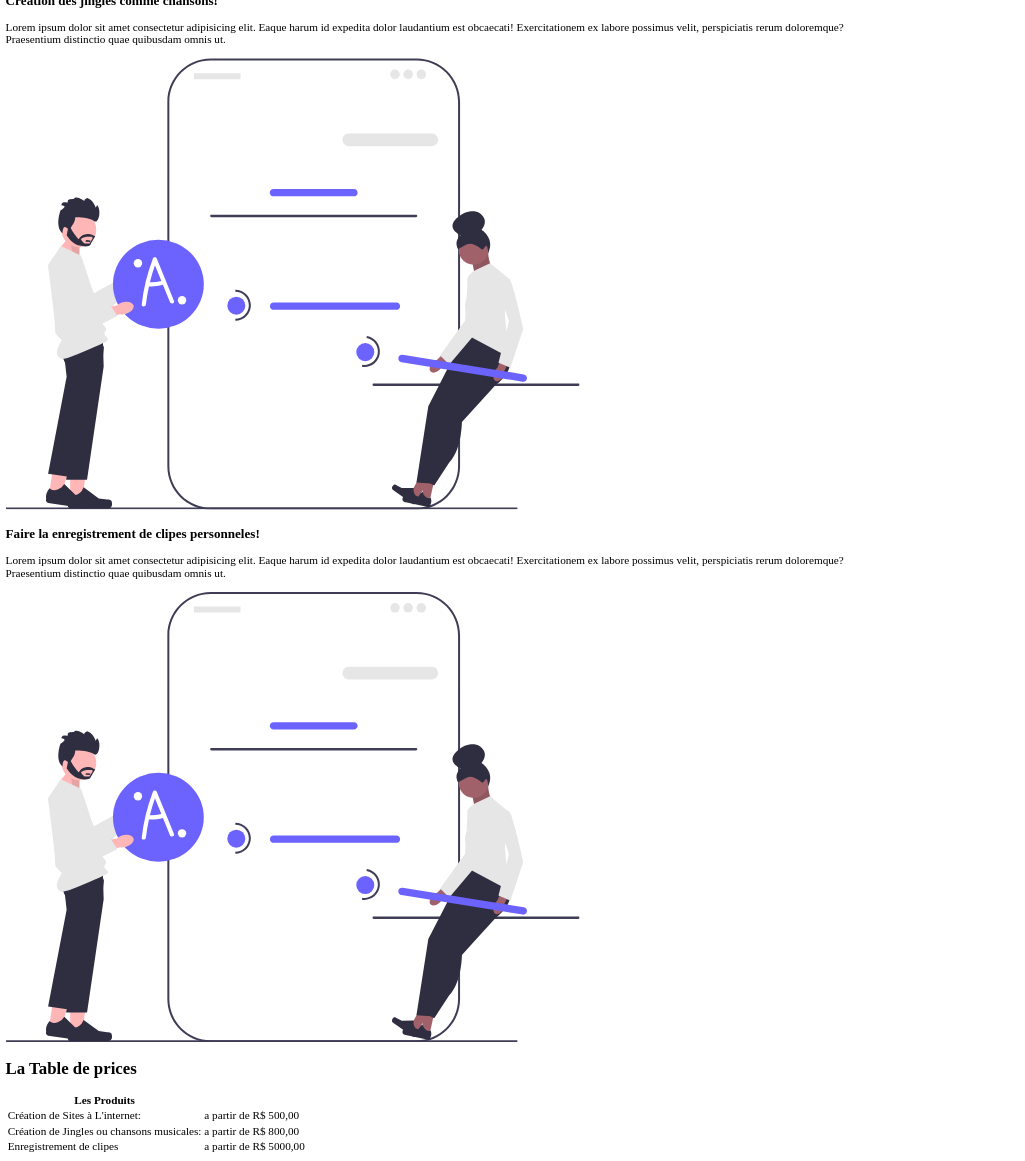
Repository: MarcioFreitasUFSC21/Proejct00
Page: ExampleSite/Assets/index2.html
These files come from the project's save history. The page is drawn as it stood at one moment and after a run of saves; the edit follows.
The browser window is 1280 px wide. The page is 1464 px wide, so the pictures cover 1464 px, including what lies to the right of the window. The pictures show the part of the page from y = 1920 to 3600 px (the page is 3578 px tall before and 3600 px after), at 70% of full size.

Above is the page before, as saved 2023-03-18 18:00:56.

### ExampleSite/Assets/index2.html
<!DOCTYPE html>
<html lang="pt-br">
<head>
    <meta charset="UTF-8">
    <meta http-equiv="X-UA-Compatible" content="IE=edge">
    <meta name="viewport" content="width=device-width, initial-scale=1.0">
    <title>The first page</title>
</head>
<body>
    <section>
        <div>
            <h1><a href="#">LOGO </a></h1>
            <nav>
                <ul>
                    <li><a href="#">Home</a></li>
                    <li><a href="#"> Introdução</a></li>
                    <li><a href="#"> Serviços</a></li>
                    <li><a href="#"> Tabela de preços</a></li>
                    <li><a href="#"> Contatos</a></li>
                </ul>
            </nav>
        </div>
    </section>
    <section>
        <div>
            <h2> Dans la crise, create!</h2>
            <p>Lorem ipsum dolor sit amet, consectetur adipisicing elit, sed do eiusmod tempor incididunt ut labore et dolore magna aliqua. Ut enim ad minim veniam, quis nostrud exercitation ullamco laboris nisi ut aliquip ex ea commodo consequat. Duis aute irure dolor in reprehenderit in voluptate velit esse cillum dolore eu fugiat nulla pariatur. Excepteur sint occaecat cupidatat non proident, sunt in culpa qui officia deserunt mollit anim id est laborum.</p>
        </div>
        <div>
            <img src="Assets/img2/lesson.jpg">
        </div>
    </section>
    <section>
        <div>
            <h2>Les Services</h2>
            <p> Nos Services sont: </p>
        </div>
        <div>
            <article>
                <h3>Création des sites à L'internet!</h3>
                <p> Lorem ipsum dolor sit amet consectetur adipisicing elit. Eaque harum id expedita dolor laudantium est obcaecati! Exercitationem ex labore possimus velit, perspiciatis rerum doloremque? Praesentium distinctio quae quibusdam omnis ut.</p>
                <div>
                    <img src="Assets/img2/site.svg">
                </div>
            </article>
            <article>
                <h3>Création des jingles comme chansons!</h3>
                <p> Lorem ipsum dolor sit amet consectetur adipisicing elit. Eaque harum id expedita dolor laudantium est obcaecati! Exercitationem ex labore possimus velit, perspiciatis rerum doloremque? Praesentium distinctio quae quibusdam omnis ut.</p>
                <div>
                    <img src="Assets/img2/jingle.svg">
                </div>
            </article>
            <article>
                <h3>Faire la enregistrement de clipes personneles!</h3>
                <p> Lorem ipsum dolor sit amet consectetur adipisicing elit. Eaque harum id expedita dolor laudantium est obcaecati! Exercitationem ex labore possimus velit, perspiciatis rerum doloremque? Praesentium distinctio quae quibusdam omnis ut.</p>
                <div>
                    <img src="Assets/img2/jingle.svg">
                </div>
            </article>
        </div>
    </section>
    <section>
        <div>
            <h2> La Table de prices</h2>
            <table>
                <thead>
                    <th> Les Produits</th>
                </thead>
                <tbody>
                    <tr>
                        <td> Création de Sites à L'internet: </td>
                        <td> a partir de R$ 500,00 </td>
                    </tr>
                    <tr>
                        <td> Création de Jingles ou chansons musicales:  </td>
                        <td> a partir de R$ 800,00 </td>
                    </tr>
                    <tr>
                        <td> Enregistrement de clipes </td>
                        <td> a partir de R$ 5000,00 </td>
                    </tr>
                </tbody>
            </table>
        </div>
    </section>
</body>
</html>

After the next 2 saves:
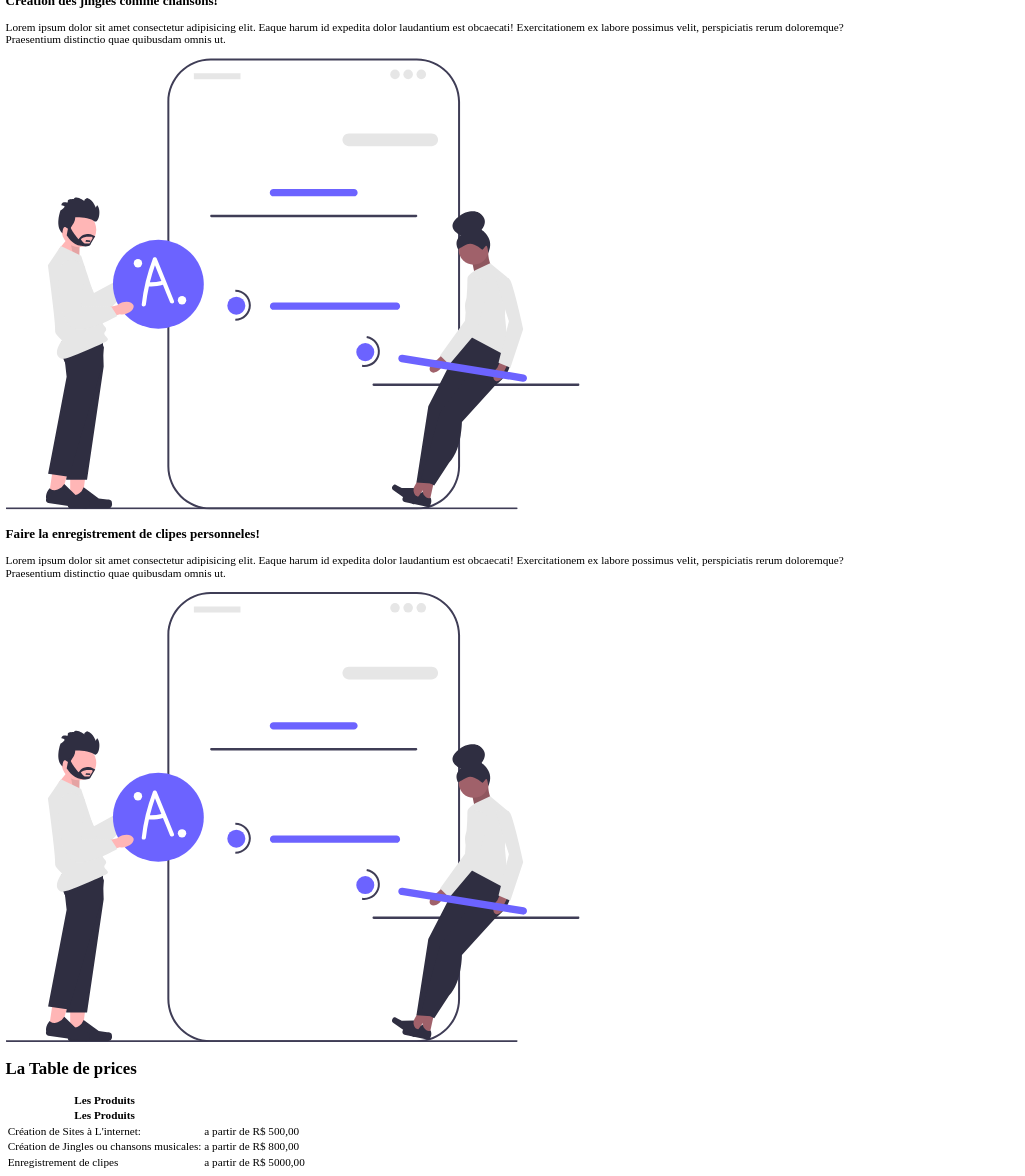
The 2 saves are shown as one change because they came seconds apart.
The last was saved 5 s later.
--- a/ExampleSite/Assets/index2.html
+++ b/ExampleSite/Assets/index2.html
@@ -66,6 +66,9 @@
                 <thead>
                     <th> Les Produits</th>
                 </thead>
+                <thead>
+                    <th> Les Produits</th>
+                </thead>
                 <tbody>
                     <tr>
                         <td> Création de Sites à L'internet: </td>
